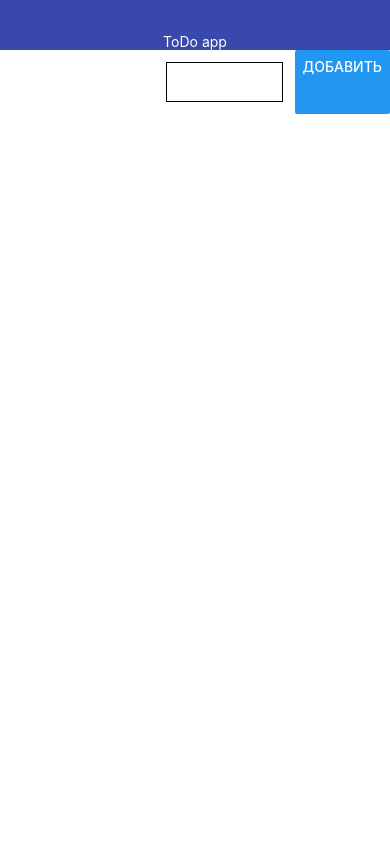
Repository: saint-fons/React-Native-Expo-TypeScript-Hooks
Screen: /, after clicking the first element matching `button.css-view-175oi2r`
The author's editor kept a copy of each file at every save. The screen is drawn from the files as they stood at one save, then again after a run of saves.
The app was drawn by React Native's web renderer in a window 390 px wide. The project was rebuilt for these pictures with package versions that can differ from the ones it lists, and the page was loaded fresh each time.

Above is the screen before, as saved 2021-07-26 17:29:20.

### App.tsx
import { StatusBar } from 'expo-status-bar';
import React from 'react';
import { StyleSheet, View } from 'react-native';
import AddTodo from './components/AddTodo';
import NavBar from './components/NavBar';

export default function App() {
  return (
    <View style={styles.container}>
      <NavBar
        title={"ToDo app"}
      />
      <AddTodo
      />
    </View>
  );
}

const styles = StyleSheet.create({
  container: {

  },
});

### components/AddTodo.tsx
import * as React from 'react';
import { FC } from 'react';
import { View, StyleSheet, Alert, TextInput, Button } from 'react-native';

const AddTodo: FC<any> = ({ }) => {
    return (
        <View style={styles.block}>
            <Button
                title='Добавить'
                onPress={() => Alert.alert('Simple Button pressed')}
            />
            <TextInput
                style={styles.input}
            />
        </View>
    )
}

const styles = StyleSheet.create({
    block: {
        flexDirection: 'row-reverse'
    },
    styleButton: {
        width: "50%"
    },
    input: {
        height: 40,
        margin: 12,
        borderWidth: 1,
        width: "30%"
    },
});


export default AddTodo

### components/NavBar.tsx
import * as React from 'react';
import { FC } from "react";
import { StyleSheet, Text, View } from 'react-native';



const NavBar: FC<any> = ({ title }) => {
    return (
        <View style={styles.navbar}>
            <Text style={styles.text}>
                {title}
            </Text>
        </View>
    )
}

const styles = StyleSheet.create({
    navbar: {
        height: 50,
        alignItems: 'center',
        justifyContent: "flex-end",
        color: '#000',
        backgroundColor: '#3949ab'
    },
    text: {
        color: 'white'
    }
});


export default NavBar

After the next 2 saves:
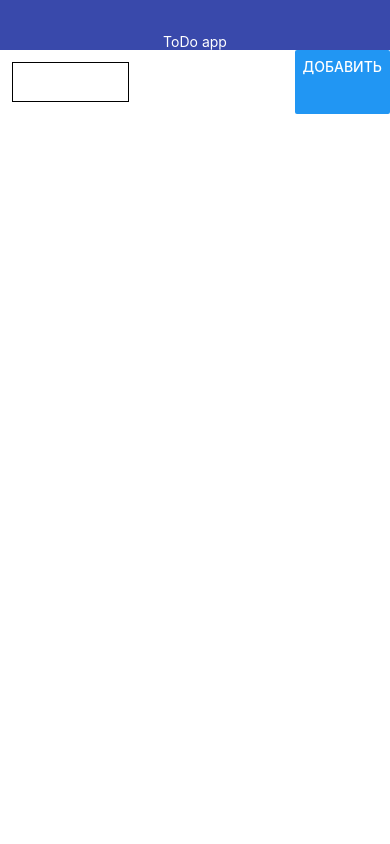
The 2 saves are shown as one change because 1 did not build or start.
The last was saved 75 s later.
--- a/components/AddTodo.tsx
+++ b/components/AddTodo.tsx
@@ -18,7 +18,8 @@ const AddTodo: FC<any> = ({ }) => {
 
 const styles = StyleSheet.create({
     block: {
-        flexDirection: 'row-reverse'
+        flexDirection: 'row-reverse',
+        justifyContent: 'space-between'
     },
     styleButton: {
         width: "50%"
